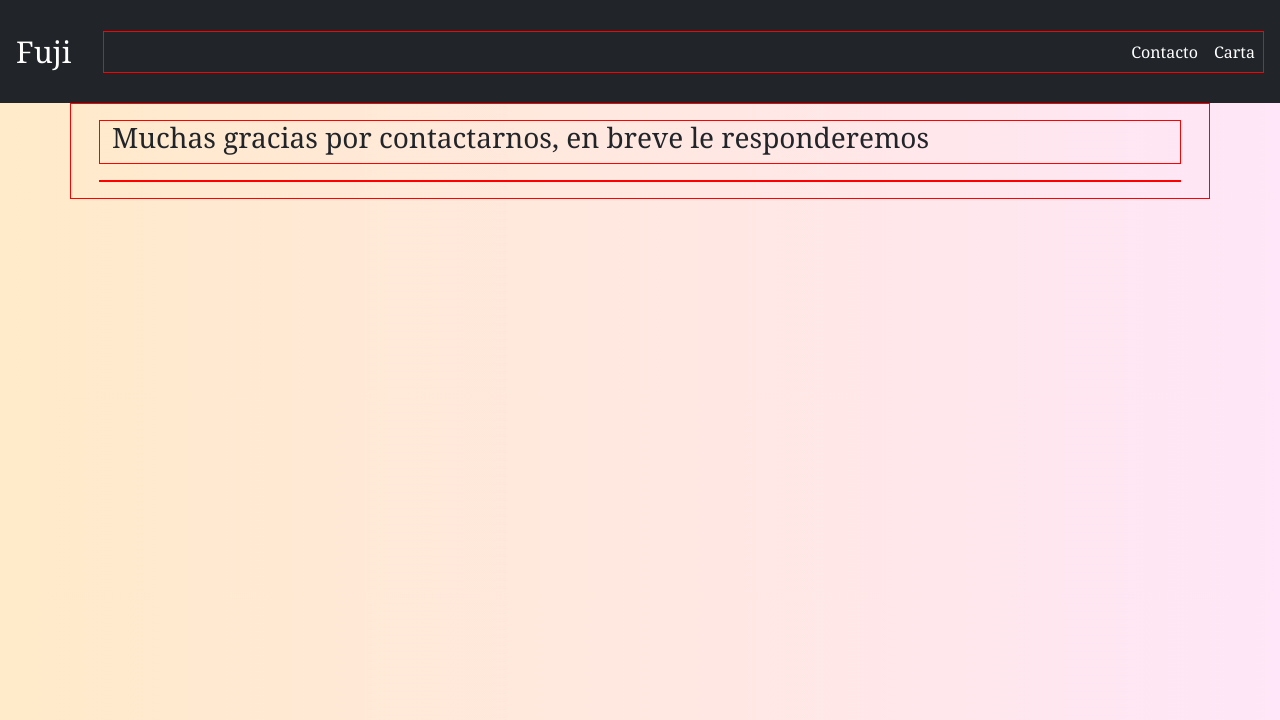
Repository: aipacheco/Fuji-restaurante
Page: answer.html
An editor plug-in stored every save of this project. The page is shown before and after the next save, followed by the edit.
The browser window is 1280 px wide. The pictures show the whole page.
Some web libraries are served in a nearby version.

Above is the page before, as saved 2024-01-29 18:09:40.

### answer.html
<!DOCTYPE html>
<html lang="en">
  <head>
    <meta charset="UTF-8" />
    <meta name="viewport" content="width=device-width, initial-scale=1.0" />

    <link
      href="https://cdn.jsdelivr.net/npm/bootstrap@5.3.2/dist/css/bootstrap.min.css"
      rel="stylesheet"
      integrity="sha384-T3c6CoIi6uLrA9TneNEoa7RxnatzjcDSCmG1MXxSR1GAsXEV/Dwwykc2MPK8M2HN"
      crossorigin="anonymous"
    />
    <link rel="stylesheet" href="./css/styles.css" />
    <title>Respuesta</title>
  </head>

  <body>
    <!-- Navbar -->
    <nav class="navbar navbar-expand-lg bg-dark" data-bs-theme="dark">
      <a class="navbar-brand d-flex align-items-center m-3" href="./index.html">
        <span id="icon">Fuji</span>
      </a>

      <button
        class="navbar-toggler m-3"
        type="button"
        data-toggle="collapse"
        data-target="#navbarNavDropdown"
        aria-controls="navbarNavDropdown"
        aria-expanded="false"
        aria-label="Toggle navigation"
      >
        <span class="navbar-toggler-icon"></span>
      </button>

      <div
        class="collapse navbar-collapse justify-content-end m-3"
        id="navbarNavDropdown"
      >
        <ul class="navbar-nav align-items-center">
          <li class="nav-item active m-2">
            <a href="/contacto.html">Contacto</a>
          </li>
          <li class="nav-item active m-2">
            <a href="/menu.html">Carta</a>
          </li>
        </ul>
      </div>
    </nav>

    <div class="container">
      <div class="row m-3">
        <h3>Muchas gracias por contactarnos, en breve le responderemos</h3>
      </div>
      <div class="row m-3">

      </div>
    </div>

    <script src="https://code.jquery.com/jquery-3.2.1.slim.min.js"></script>
    <script src="https://cdnjs.cloudflare.com/ajax/libs/popper.js/1.12.9/umd/popper.min.js"></script>
    <script src="https://maxcdn.bootstrapcdn.com/bootstrap/4.0.0/js/bootstrap.min.js"></script>
  </body>
</html>

### css/styles.css
body {
  font-family: Georgia, "Times New Roman", Times, serif !important;
  margin: 0;
  padding: 0;
  background: rgb(255, 234, 201);
  background: linear-gradient(
    90deg,
    rgba(255, 234, 201, 1) 0%,
    rgba(255, 230, 248, 1) 100%
  );
  /* height: 100vh;
  width: 100vw; */
}
div {
  border: 1px solid red;
}
nav a{
  text-decoration: none;
  color: white;
}
#icon {
  font-size: 1.5em;
}
.img-restaurante{
  max-height: 30em;
  width: auto;
  object-fit: cover;
}
textarea {
  resize: none !important;
}
.card {
  background-color: rgba(250, 235, 215, 0.212);
  transition: 0.5s;
}
.card:hover{
  box-shadow: 6px 5px 10px 1px rgba(0,0,0,0.75);
  transition: 0.5s;
}
.card-footer{
  background-color: rgb(255, 241, 241);

}
.card-title{
  font-weight: bold;
}
.jumbotron{
  font-size: 6em;
  text-shadow: 1px 1px 3px #ffffff92, 1px 1px 15px #ededed50;
}

.img-menu {
  max-height: 17em;
  width: auto;
  object-fit: cover;
}
.row-menu{
  margin-top: 1em;
  margin-bottom: 1em;
}
iframe{

  height: 20em;
  padding: 0;
  margin: 0;
}

After the next save:
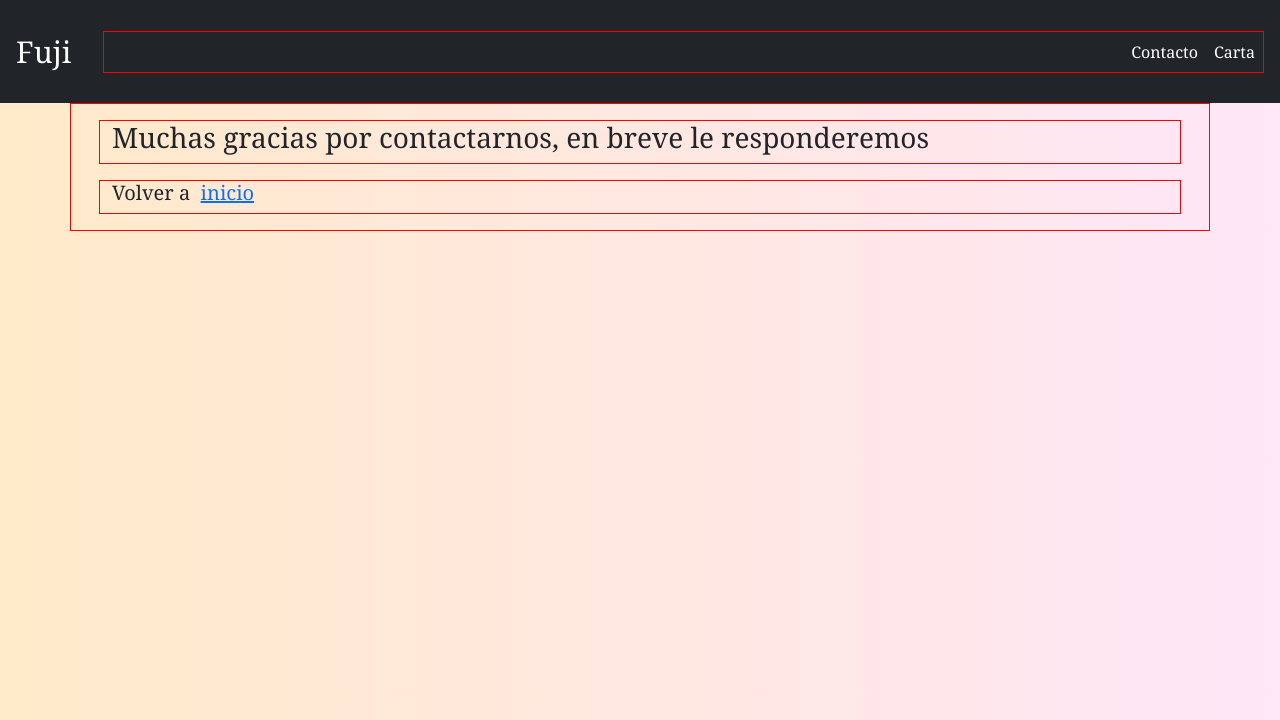
Saved 5 s later.
--- a/answer.html
+++ b/answer.html
@@ -53,7 +53,7 @@
         <h3>Muchas gracias por contactarnos, en breve le responderemos</h3>
       </div>
       <div class="row m-3">
-
+       <h5> Volver a &nbsp;<a href="./index.html">inicio</a></h5>
       </div>
     </div>
 
